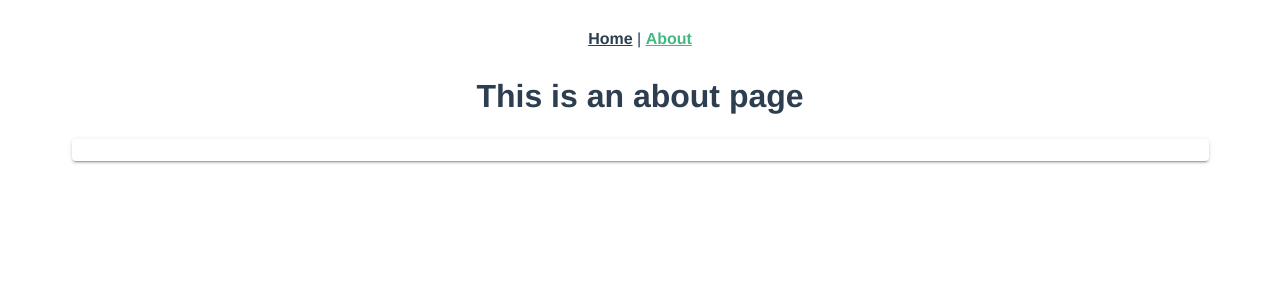
Repository: naotoshi-ikeda-creater/rails_vue
Page: /about (app in frontend/)
These files come from the project's save history. The page is drawn as it stood at one moment and after the next save; the edit follows.
The browser window is 1280 px wide. The pictures show the whole page.
The project was rebuilt for these pictures with package versions that can differ from the ones it lists, and the page was loaded fresh each time. Also part of the build but not shown: frontend/src/components/HelloWorld.vue, frontend/src/views/Home.vue.

Above is the page before, as saved 2020-03-05 23:04:12.

### frontend/src/main.js
import Vue from "vue";
import App from "./App.vue";
import router from "./router";
import store from "./store";
import Vuetify from "vuetify";
import "vuetify/dist/vuetify.min.css";

Vue.use(Vuetify); // 追加
const vuetify = new Vuetify(); // 追加

Vue.config.productionTip = false;

new Vue({
  router,
  store,
  vuetify,
  render: h => h(App)
}).$mount("#app");

### frontend/src/views/About.vue
<template>
  <div class="about">
    <h1>This is an about page</h1>

    <v-container>
      <v-col>
        <v-card>
          <v-input v-model="input"></v-input>
          {{ input }}
        </v-card>
      </v-col>
    </v-container>
  </div>
</template>

<script>
export default {
  data() {
    return {
      input: ""
    };
  }
};
</script>

Loaded but not shown: frontend/public/index.html (common file); frontend/src/App.vue (common file); frontend/src/router/index.js (common file); frontend/src/store/index.js (common file)

After the next save:
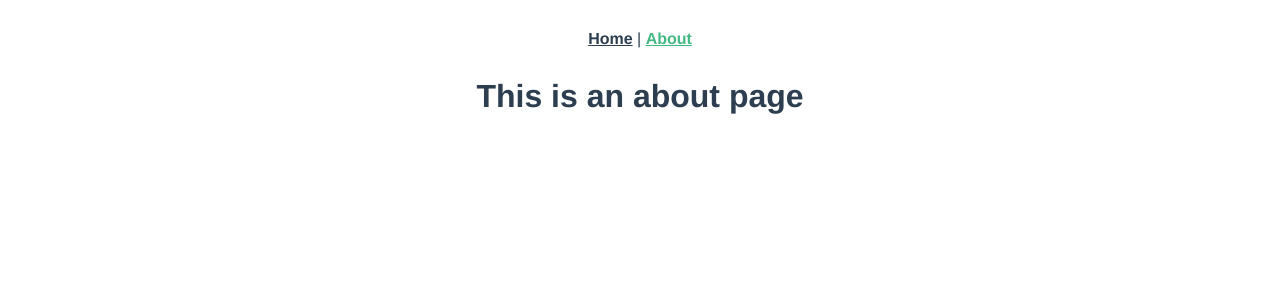
Saved 20 s later.
--- a/frontend/src/views/About.vue
+++ b/frontend/src/views/About.vue
@@ -4,10 +4,8 @@
 
     <v-container>
       <v-col>
-        <v-card>
-          <v-input v-model="input"></v-input>
-          {{ input }}
-        </v-card>
+        <v-input v-model="input"></v-input>
+        {{ input }}
       </v-col>
     </v-container>
   </div>
